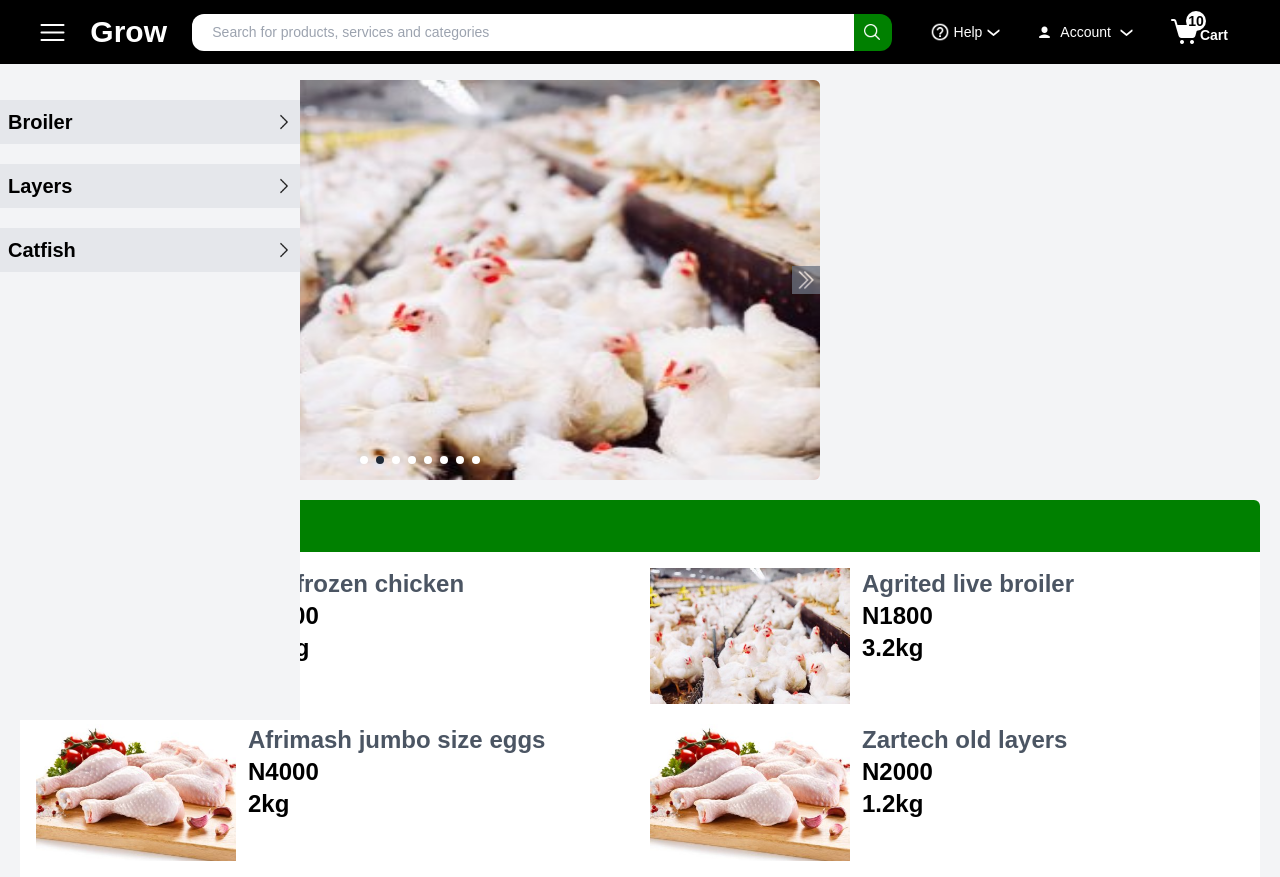
Repository: IssaMuiz/ifarmstock
Page: /
The author's editor kept a copy of each file at every save. The page is drawn from the files as they stood at one save, then again after the next save.
The browser window is 1280 px wide. The pictures show the whole page.
The project was rebuilt for these pictures with package versions that can differ from the ones it lists, and the page was loaded fresh each time. The framework's server and built-in components were replaced by stand-ins that run in the browser. Also part of the build but not shown: next.config.mjs.

Above is the page before, as saved 2024-08-29 17:00:19.

### app/layout.tsx
import Navbar from "@/components/navbar";
import "@/styles/globals.css";

export const metadata = {
  title: "Grow",
  description: "Livestock farming e-commerce application",
};

export default function RootLayout({
  children,
}: {
  children: React.ReactNode;
}) {
  return (
    <html lang="en">
      <body className="bg-gray-100 h-auto w-auto">
        <Navbar />
        <section>{children}</section>
      </body>
    </html>
  );
}

### app/page.tsx
"use client";
import ProductCardToday from "@/components/productcardToday";
import ProductSlider from "@/components/productSlider";
import Sidenav from "@/components/sidenav";
interface isOpenType {
  isOpen: boolean;
}
const Home = ({ isOpen }: isOpenType) => {
  return (
    <div className="pt-20 mx-5">
      <div className={`${isOpen ? "filter blur-md" : ""}`}>
        <ProductSlider />

        <div className="bgColor text w-full h-auto mt-5 text-3xl p-2 rounded-t-md font-semibold">
          Today&#39;s Deals
        </div>
        <ProductCardToday />
      </div>
      <Sidenav isOpen={isOpen} />
    </div>
  );
};

export default Home;

### components/navbar.tsx
import Image from "next/image";
import { useState } from "react";

interface isOpenType {
  isOpen: boolean;
}
const Navbar = ({ isOpen }: isOpenType) => {
  return (
    <nav className="fixed bg-black text w-full h-16 flex items-center justify-between top-0 left-0 right-0 px-10 z-10">
      <div onClick={() => isOpen}>
        <svg
          className="fill-white hover:fill-[green] cursor-pointer"
          xmlns="http://www.w3.org/2000/svg"
          viewBox="0 0 50 50"
          width="25px"
          height="25px"
        >
          <path d="M 3 8 A 2.0002 2.0002 0 1 0 3 12 L 47 12 A 2.0002 2.0002 0 1 0 47 8 L 3 8 z M 3 23 A 2.0002 2.0002 0 1 0 3 27 L 47 27 A 2.0002 2.0002 0 1 0 47 23 L 3 23 z M 3 38 A 2.0002 2.0002 0 1 0 3 42 L 47 42 A 2.0002 2.0002 0 1 0 47 38 L 3 38 z" />
        </svg>
      </div>
      <div className="Leftnav text text-3xl font-semibold cursor-pointer ml-5">
        Grow
      </div>
      <div className="Middlenav flex flex-1 mx-5 max-w-[700px] items-center">
        <input
          className=" px-5 py-2 w-full rounded-l-xl text-black outline-none"
          type="text"
          placeholder="Search for products, services and categories"
        />
        <div className="h-[37px] w-10 bgColor pt-2 pl-2 rounded-r-xl cursor-pointer">
          <Image
            className=""
            src="/assets/icons/search.png"
            alt="search-icon"
            width={20}
            height={20}
          />
        </div>
      </div>
      <div className="Rightnav flex items-center justify-between gap-3">
        <div className="flex items-center gap-1 cursor-pointer rounded-md p-3 hover:bg-[green]">
          <Image
            src="/assets/icons/help.png"
            alt="help-icon"
            width={20}
            height={20}
          />
          <p className="">Help</p>
          <Image
            src="/assets/icons/arrow-down.png"
            alt="help-icon"
            width={15}
            height={15}
          />
        </div>
        <div className="flex items-center gap-2  cursor-pointer rounded-md p-3 hover:bg-[green]">
          <Image
            src="/assets/icons/account.png"
            alt="help-icon"
            width={15}
            height={15}
          />
          <p>Account</p>
          <Image
            src="/assets/icons/arrow-down.png"
            alt="help-icon"
            width={15}
            height={15}
          />
        </div>
        <div className="flex relative cursor-pointer p-3 hover:bg-[green] rounded-md">
          <Image
            src="/assets/icons/cart.png"
            alt="cart-icon"
            width={30}
            height={20}
          />
          <p className="bg-white h-5 w-5 rounded-full text-black absolute left-7 bottom-7 text-center font-semibold">
            10
          </p>
          <p className="font-semibold mt-2 ">Cart</p>
        </div>
      </div>
    </nav>
  );
};

export default Navbar;

### styles/globals.css
@tailwind base;
@tailwind components;
@tailwind utilities;

.scrollbar {
  scrollbar-width: thin;
  scrollbar-color: gray #313131;
}

.bgColor {
  background-color: green;
}

.text {
  color: white;
}

body {
  font-family: Arial, Helvetica, sans-serif;
  font-size: 14px;
}

### components/productcardToday.tsx
import Image from "next/image";
import poultryProduct from "../models/poultryProduct.json";
const ProductCardToday = () => {
  return (
    <div className="bg-white h-auto p-4">
      <div className="grid grid-cols-2 gap-5">
        {poultryProduct.map((product, index) => (
          <div key={index} className="flex gap-3">
            <Image src={product.image} alt="poultry" width={200} height={200} />
            <div className="text-2xl font-semibold">
              <p className="text-gray-600">{product.name}</p>
              <p>N{product.Price}</p>
              <p>{product.weight}</p>
            </div>
          </div>
        ))}
      </div>
    </div>
  );
};

export default ProductCardToday;

### components/productSlider.tsx
"use client";
import Image from "next/image";
import { useEffect, useState } from "react";

const ProductSlider = () => {
  const images = [
    "/assets/images/poultry-image1-slider.jpg",
    "/assets/images/poultry-image2-slider.jpg",
    "/assets/images/poultry-image3-slider.jpg",
    "/assets/images/poultry-image4-slider.jpg",
    "/assets/images/poultry-image5-slider.jpg",
    "/assets/images/poultry-image6-slider.jpg",
    "/assets/images/poultry-image7-slider.jpg",
    "/assets/images/catfish-image1-slider.jpg",
  ];

  const [index, setIndex] = useState(0);

  const handleSliceNext = () => {
    setIndex((index + 1) % images.length);
  };
  const handleSlicePrev = () => {
    setIndex((index - 1) % images.length);
  };

  const handleIndicatorClick = (i: number) => {
    setIndex(i);
  };

  useEffect(() => {
    const intervalId = setInterval(() => {
      handleSliceNext();
    }, 5000);
    return () => clearInterval(intervalId);
  }, [index]);
  return (
    <div className="relative w-[800px] overflow-hidden">
      <div
        className="flex transition-transform duration-500 ease-in-out"
        style={{ transform: `translateX(-${index * 100}%)` }}
      >
        {images.map((image, i) => (
          <div key={i} className="min-w-full">
            <Image
              className="h-[400px] rounded-md"
              src={image}
              alt={`Slide ${i + 1}`}
              width={800}
              height={200}
            />
          </div>
        ))}
      </div>
      <button
        type="button"
        onClick={handleSlicePrev}
        className="absolute left-0 top-1/2 tranform -translate-y-1/2 bg-gray-500 text-white px-1 py-1 opacity-75 hover:opacity-100 transition-opacity"
      >
        <Image
          className=""
          src="/assets/icons/arrow-left.png"
          alt="arrow-right-icon"
          width={20}
          height={20}
        />
      </button>
      <button
        type="button"
        onClick={handleSliceNext}
        className="absolute right-0 top-1/2 tranform -translate-y-1/2 bg-gray-500 text-white px-1 py-1 opacity-75 hover:opacity-100 transition-opacity"
      >
        <Image
          className=""
          src="/assets/icons/right-arrow.png"
          alt="arrow-right-icon"
          width={20}
          height={20}
        />
      </button>
      <div className="absolute bottom-4 left-0 right-0 flex justify-center space-x-2">
        {images.map((_, i) => (
          <button
            key={i}
            onClick={() => handleIndicatorClick(i)}
            className={`w-2 h-2 rounded-full ${
              index === i ? "bg-gray-800" : "bg-white"
            }`}
          />
        ))}
      </div>
    </div>
  );
};

export default ProductSlider;

### components/sidenav.tsx
"use state";
import Image from "next/image";
import Link from "next/link";
import { useState } from "react";

const Sidenav = () => {
  const [categories, setCategories] = useState([
    {
      id: "1",
      name: "Broiler",
      expanded: false,
      arrowIcon: "/assets/icons/arrow-icon--right.png",
      dropdownlink: [
        { name: "Day old chicks", link: "/" },
        { name: "matured broilers", link: "/" },
        { name: "frozen chicken", link: "/" },
      ],
    },
    {
      id: "2",
      name: "Layers",
      expanded: false,
      arrowIcon: "/assets/icons/arrow-icon--right.png",
      dropdownlink: [
        { name: "pullet", link: "/" },
        { name: "Point of lay", link: "/" },
        { name: "Old layers", link: "/" },
      ],
    },
    {
      id: "3",
      name: "Catfish",
      expanded: false,

      arrowIcon: "/assets/icons/arrow-icon--right.png",
      dropdownlink: [
        { name: "fingerlings/juvenile", link: "/" },
        { name: "Matured catfish", link: "/" },
        { name: "smoked catfish", link: "/" },
      ],
    },
  ]);

  const handleDropdown = (id: string) => {
    setCategories((prev) =>
      prev.map((category) =>
        category.id === id
          ? { ...category, expanded: !category.expanded }
          : category
      )
    );
  };
  return (
    <nav className="fixed h-auto left-0 top-0 bottom-0 w-[300px] bg-gray-100 mt-20">
      <div>
        {categories.map((category) => (
          <div onClick={() => handleDropdown(category.id)} key={category.id}>
            <div className="text-xl flex justify-between items-center font-semibold bg-gray-200 mt-5 p-2 cursor-pointer">
              <div>{category.name}</div>

              <Image
                className={`${
                  category.expanded &&
                  "rotate-90 duration-100 transition-transform"
                } h-4 w-4`}
                src={category.arrowIcon}
                alt="arrow-icon"
                width={3}
                height={3}
              />
            </div>

            <div>
              {category.expanded && (
                <div>
                  {category.dropdownlink.map((dropdown, index) => (
                    <Link className="" key={index} href={dropdown.link}>
                      <div> {dropdown.name}</div>
                    </Link>
                  ))}
                </div>
              )}
            </div>
          </div>
        ))}
      </div>
    </nav>
  );
};

export default Sidenav;

### models/poultryProduct.json
[
  {
    "image": "/assets/images/poultry-image1-slider.jpg",
    "name": "CHI frozen chicken",
    "Price": "2500",
    "weight": "2.5kg"
  },
  {
    "image": "/assets/images/poultry-image2-slider.jpg",
    "name": "Agrited live broiler",
    "Price": "1800",
    "weight": "3.2kg"
  },
  {
    "image": "/assets/images/poultry-image5-slider.jpg",
    "name": "Afrimash jumbo size eggs",
    "Price": "4000",
    "weight": "2kg"
  },
  {
    "image": "/assets/images/poultry-image5-slider.jpg",
    "name": "Zartech old layers",
    "Price": "2000",
    "weight": "1.2kg"
  }
]

Loaded but not shown: tailwind.config.ts (common file)

After the next save:
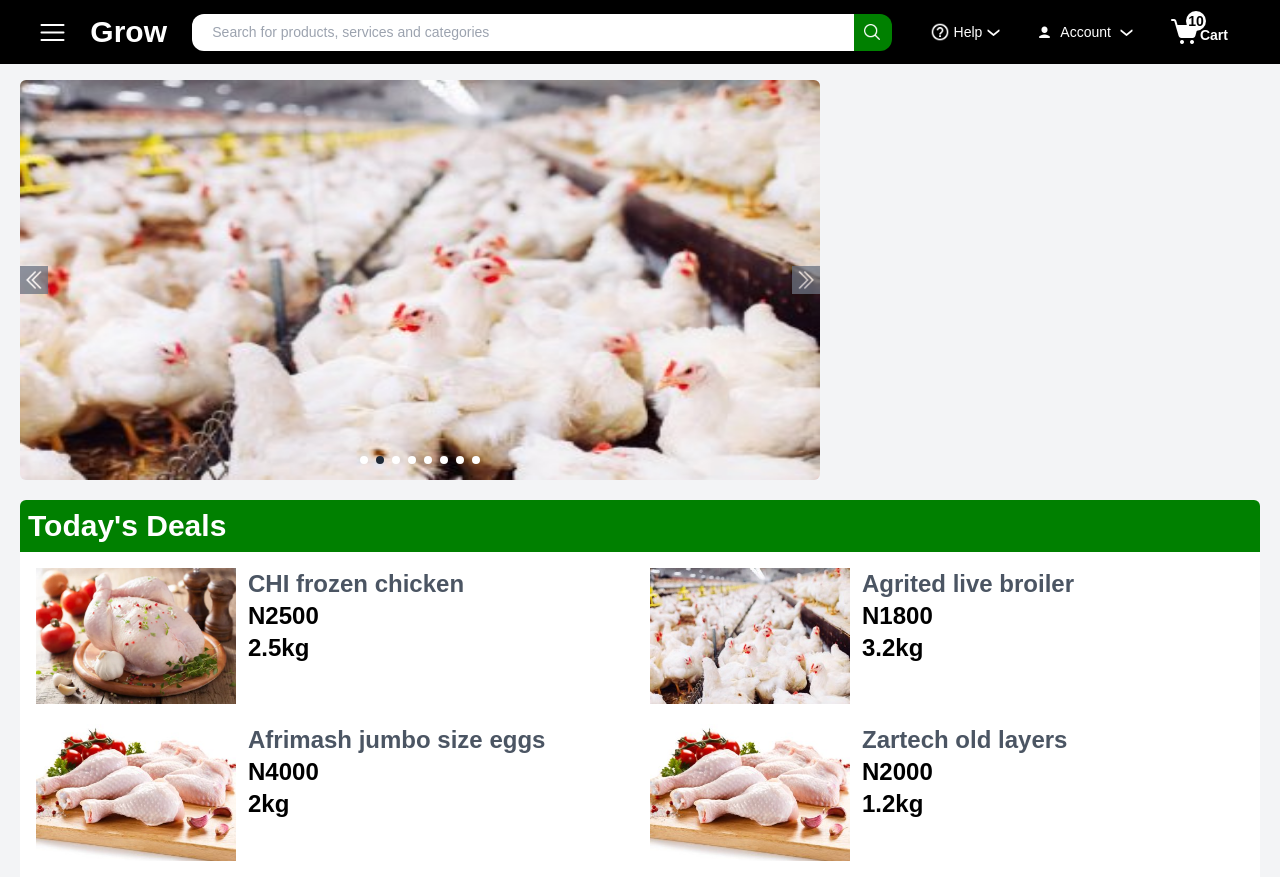
Saved 2 min 24 s later.
--- a/components/sidenav.tsx
+++ b/components/sidenav.tsx
@@ -1,9 +1,12 @@
-"use state";
+"use client";
 import Image from "next/image";
 import Link from "next/link";
 import { useState } from "react";
 
-const Sidenav = () => {
+interface isOpenType {
+  isOpen: boolean;
+}
+const Sidenav = ({ isOpen }: isOpenType) => {
   const [categories, setCategories] = useState([
     {
       id: "1",
@@ -51,7 +54,11 @@ const Sidenav = () => {
     );
   };
   return (
-    <nav className="fixed h-auto left-0 top-0 bottom-0 w-[300px] bg-gray-100 mt-20">
+    <nav
+      className={`fixed h-auto left-0 top-0 bottom-0 w-[300px] transform transition-transform duration-300 bg-gray-100 mt-20 ${
+        isOpen ? "translate-x-0" : "-translate-x-full"
+      }`}
+    >
       <div>
         {categories.map((category) => (
           <div onClick={() => handleDropdown(category.id)} key={category.id}>
@@ -61,7 +68,7 @@ const Sidenav = () => {
               <Image
                 className={`${
                   category.expanded &&
-                  "rotate-90 duration-100 transition-transform"
+                  "rotate-90 duration-300 transition-transform"
                 } h-4 w-4`}
                 src={category.arrowIcon}
                 alt="arrow-icon"
